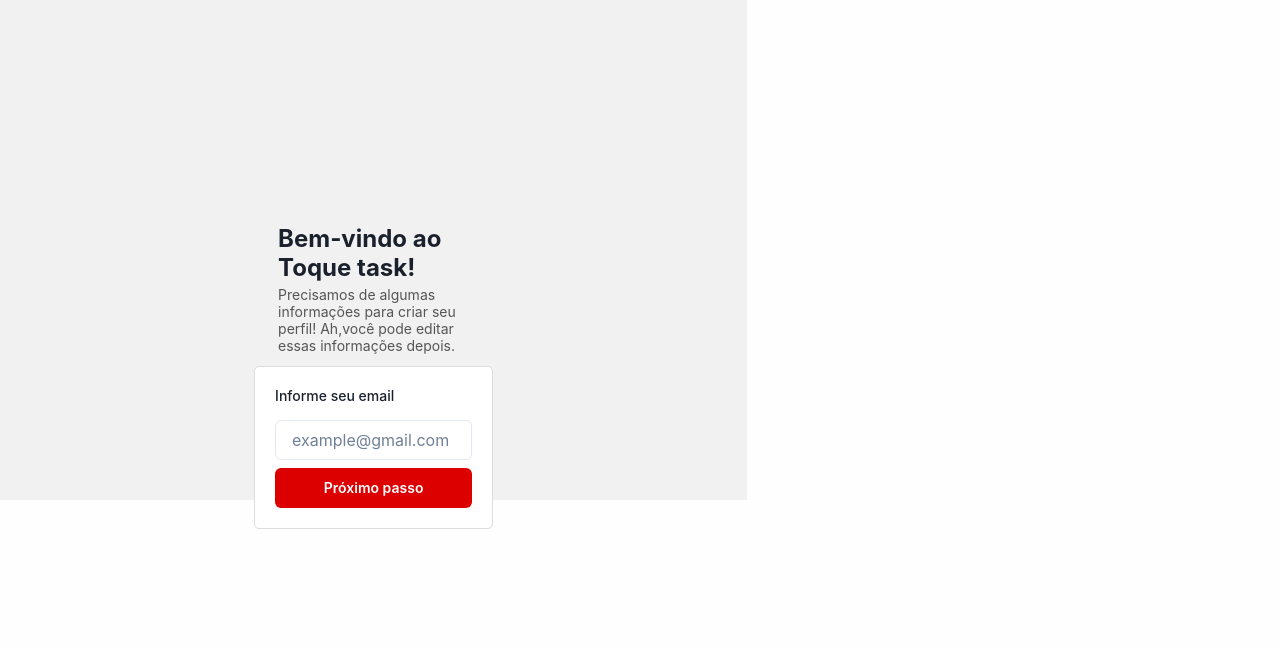
Repository: jorgelucasjs/chakra-ui-doc
Page: /
The author's editor kept a copy of each file at every save. The page is drawn from the files as they stood at one save, then again after a run of saves.
The browser window is 1280 px wide. The pictures show the whole page.
The project was rebuilt for these pictures with package versions that can differ from the ones it lists, and the page was loaded fresh each time.

Above is the page before, as saved 2023-01-06 14:39:26.

### public/index.html
<!DOCTYPE html>
<html lang="en">
  <head>
    <meta charset="utf-8" />
   <!--  <link rel="icon" href="%PUBLIC_URL%/logo.jpg" /> -->
    <meta name="viewport" content="width=device-width, initial-scale=1" />
    <meta name="theme-color" content="#000000" />
    <meta
      name="description"
      content="Web site created using create-react-app"
    />
    <!-- <link rel="apple-touch-icon" href="%PUBLIC_URL%/logo.jpg" /> -->
    <!--
      manifest.json provides metadata used when your web app is installed on a
      user's mobile device or desktop. See https://developers.google.com/web/fundamentals/web-app-manifest/
    -->
    <link rel="manifest" href="%PUBLIC_URL%/manifest.json" />
    <!--
      Notice the use of %PUBLIC_URL% in the tags above.
      It will be replaced with the URL of the `public` folder during the build.
      Only files inside the `public` folder can be referenced from the HTML.

      Unlike "/favicon.ico" or "favicon.ico", "%PUBLIC_URL%/favicon.ico" will
      work correctly both with client-side routing and a non-root public URL.
      Learn how to configure a non-root public URL by running `npm run build`.
    -->
    <title>Chackra ui</title>
  </head>
  <body>
    <noscript>You need to enable JavaScript to run this app.</noscript>
    <div id="root"></div>
    <!--
      This HTML file is a template.
      If you open it directly in the browser, you will see an empty page.

      You can add webfonts, meta tags, or analytics to this file.
      The build step will place the bundled scripts into the <body> tag.

      To begin the development, run `npm start` or `yarn start`.
      To create a production bundle, use `npm run build` or `yarn build`.
    -->
  </body>
</html>

### src/index.tsx
import React from 'react';
import ReactDOM from 'react-dom/client';
import App from './App';
import reportWebVitals from './reportWebVitals';

const root = ReactDOM.createRoot(
  document.getElementById('root') as HTMLElement
);


root.render(

	<React.StrictMode>
		<App />
	</React.StrictMode>

);

reportWebVitals();

### src/App.tsx
import * as React from 'react';
import PagesRouter from './routes';
import { extendTheme, ChakraProvider, ColorModeScript } from '@chakra-ui/react';
import theme from './theme/theme';

export default function App(): JSX.Element {

	return (
		<ChakraProvider theme={theme}>
			<ColorModeScript initialColorMode={theme.config.initialColorMode} />
			<PagesRouter />
		</ChakraProvider>
	);
}

### src/routes/index.tsx
import React from 'react';
import { BrowserRouter, Route, Routes } from 'react-router-dom';
import Home from '../pages';
import GlobalStyle from './../style/Global';
export default function PagesRouter(): JSX.Element {
	return (

		<BrowserRouter>
			<GlobalStyle />

			<Routes>

				<Route
					path='/'
					element={<Home />}
				/>
			</Routes>
		</BrowserRouter>

	);
}

### src/theme/theme.ts
import { extendTheme, ThemeConfig } from '@chakra-ui/react';

const config: ThemeConfig = {
	initialColorMode: 'light',
	useSystemColorMode: false,
};

const colors = {
	brand: {
		900: '#1a365d',
		800: '#153e75',
		700: '#2a69ac',
	},
};

const theme = extendTheme({ config, colors });

export default theme;

### src/pages/index.tsx
import React from 'react';
import { Box, Text, Flex, FormControl, FormLabel, Input, Button, Center, Wrap, WrapItem } from '@chakra-ui/react';


export default function index(): JSX.Element {

	return (
		<Wrap>
			<Center bg={'#F1F1F1'} >
				<Box h={300} w={'32%'} mt={200}>
					<Box p={6} pb={0}>
						<Text fontSize='2xl' mb={1} fontWeight='bold'>Bem-vindo ao Toque task!</Text>
						<Text fontSize='14' color={'#555555'}>
							Precisamos de algumas informações para criar seu perfil!
							Ah,você pode editar essas informações depois.
						</Text>
					</Box>

					<Box bg='#fff' p={5} mt={3} borderRadius={5} border='1px solid #ddd'>
						<FormControl>
							<FormLabel fontSize='14' mb='4'>Informe seu email</FormLabel>
							<Input type='email' placeholder='example@gmail.com' />
							<Button
								w={'100%'}
								mt={2}
								bg='#DD0000'
								color='#fff'
								fontSize='14'
								_hover={{ bg: '#f00' }}
							>Próximo passo </Button>
						</FormControl>
					</Box>
				</Box>
			</Center>
		</Wrap>
	);
}

### src/style/Global.ts
import { createGlobalStyle } from 'styled-components';

export default createGlobalStyle`
  * {
	  margin: 0;
	  padding: 0;
	  box-sizing: border-box;
	}

  body {
	  width: 100vw;
	  background:#fefefe;
  }

  body,
  input,
  textarea,
  button {
	font: 400 1rem Inter, sans-serif;
  }

  h1 {
	font-size: 2.5rem;
	font: 700;
	font-family: 'Work Sans', sans-serif;
  }

  h2 {
	font-size: 1.5rem;
  }

  button {
	cursor: pointer;
  }

  h1,
  h2,
  h3,
  h4,
  h5,
  h6 {
	font-weight: 600;
	font-family: Lexend, sans-serif;
  }

  input {
	outline: none;
  }
  a{
	text-decoration:none;
	color:#fff;
  }
  .modalContent,
  .secondModal {
	>img {
	  width: 15rem;
	  margin: 15px auto;
	  display: flex;
	  justify-content: center;
	  align-self: center;
	}
	> form {
	  margin: 20px 0;
	  width: 100%;
	  text-align: center;

	> label {
	  display: flex;
	  align-items: flex-start;
	  margin: 15px 0;
	  color: #1c1c1c;
	}

	>button {
	  margin-top: 25px;
	}
  }
}


.secondModal {
  >h1 {
	text-align: center;
	margin: 4rem 0 0 0;
  }

  >span {
	display: block;
	text-align: center;
	color: #1c1c1c;
	font-size: 15px;
	margin: 20px 0;
  }
}



`;

Loaded but not shown: src/reportWebVitals.ts (common file)

After the next 2 saves:
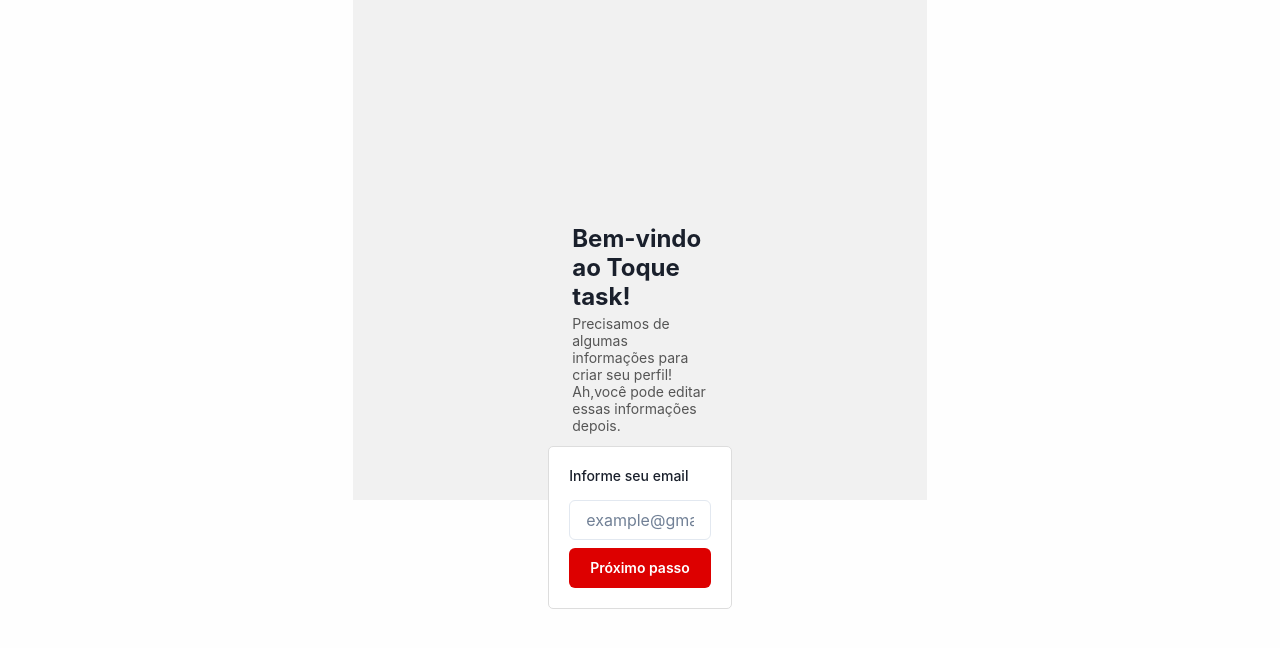
The 2 saves are shown as one change because 1 did not build or start.
The last was saved 12 s later.
--- a/src/pages/index.tsx
+++ b/src/pages/index.tsx
@@ -1,11 +1,11 @@
 import React from 'react';
-import { Box, Text, Flex, FormControl, FormLabel, Input, Button, Center, Wrap, WrapItem } from '@chakra-ui/react';
+import { Box, Text, Flex, FormControl, FormLabel, Input, Button, Center, Wrap, WrapItem, Container } from '@chakra-ui/react';
 
 
 export default function index(): JSX.Element {
 
 	return (
-		<Wrap>
+		<Container>
 			<Center bg={'#F1F1F1'} >
 				<Box h={300} w={'32%'} mt={200}>
 					<Box p={6} pb={0}>
@@ -32,6 +32,6 @@
 					</Box>
 				</Box>
 			</Center>
-		</Wrap>
+		</Container>
 	);
 }
